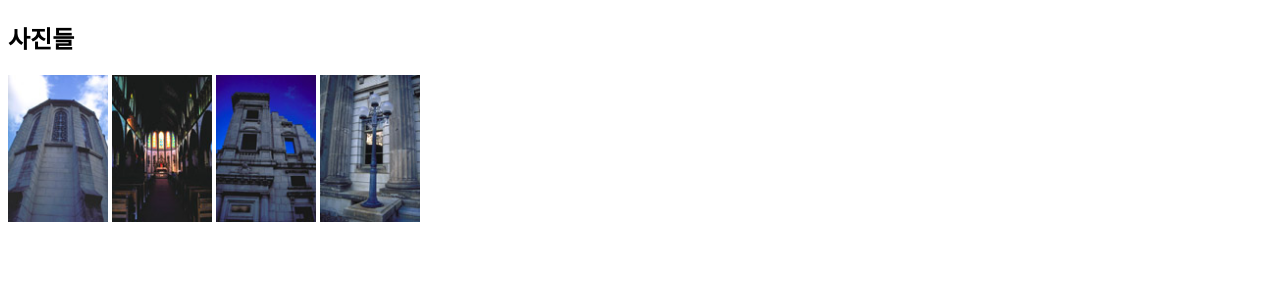
Repository: jeongho97/JQuery
Page: JQuery기본2/WebContent/예제2.html
The author's editor kept a copy of each file at every save. The page is drawn from the files as they stood at one save, then again after the next save.
The browser window is 1280 px wide. The pictures show the whole page.

Above is the page before, as saved 2022-05-13 03:37:31.

### JQuery기본2/WebContent/예제2.html
<!DOCTYPE html>
<html>
<head>
<meta charset="UTF-8">
<title>Insert title here</title>
<script src="https://ajax.googleapis.com/ajax/libs/jquery/3.6.0/jquery.min.js"></script>
</head>
<body>
<h2>사진들</h2>
<img alt="" src="./images/img01.jpg" id="pic1" value="성 자비에르 성당(외관)" width="100">
<img alt="" src="./images/img02.jpg" id="pic2" value="성 자비에르 성당(내부)" width="100">
<img alt="" src="./images/img03.jpg" id="pic3" value="은행" width="100">
<img alt="" src="./images/img04.jpg" id="pic4" value="가로등" width="100">

</body>
</html>

After the next save:
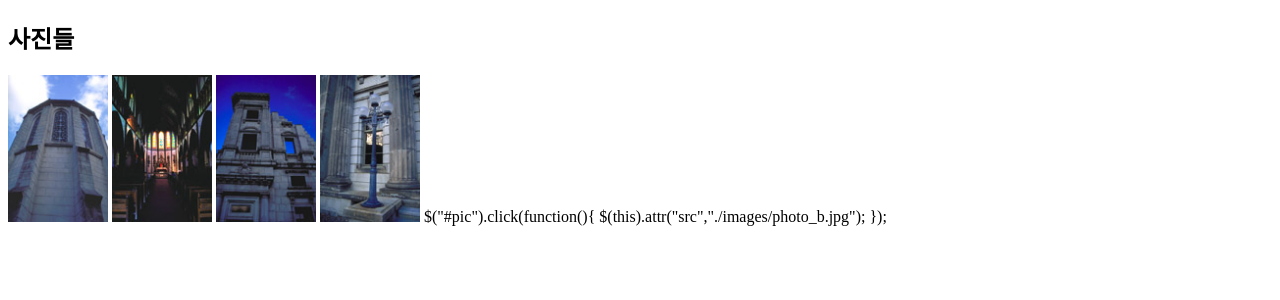
Saved 48 s later.
--- a/JQuery기본2/WebContent/예제2.html
+++ b/JQuery기본2/WebContent/예제2.html
@@ -7,10 +7,15 @@
 </head>
 <body>
 <h2>사진들</h2>
-<img alt="" src="./images/img01.jpg" id="pic1" value="성 자비에르 성당(외관)" width="100">
-<img alt="" src="./images/img02.jpg" id="pic2" value="성 자비에르 성당(내부)" width="100">
-<img alt="" src="./images/img03.jpg" id="pic3" value="은행" width="100">
-<img alt="" src="./images/img04.jpg" id="pic4" value="가로등" width="100">
+<img alt="" src="./images/img01.jpg" class="pic" value="성 자비에르 성당(외관)" width="100">
+<img alt="" src="./images/img02.jpg" class="pic" value="성 자비에르 성당(내부)" width="100">
+<img alt="" src="./images/img03.jpg" class="pic" value="은행" width="100">
+<img alt="" src="./images/img04.jpg" class="pic" value="가로등" width="100">
+
+$("#pic").click(function(){
+
+	$(this).attr("src","./images/photo_b.jpg");
+});
 
 </body>
 </html>
